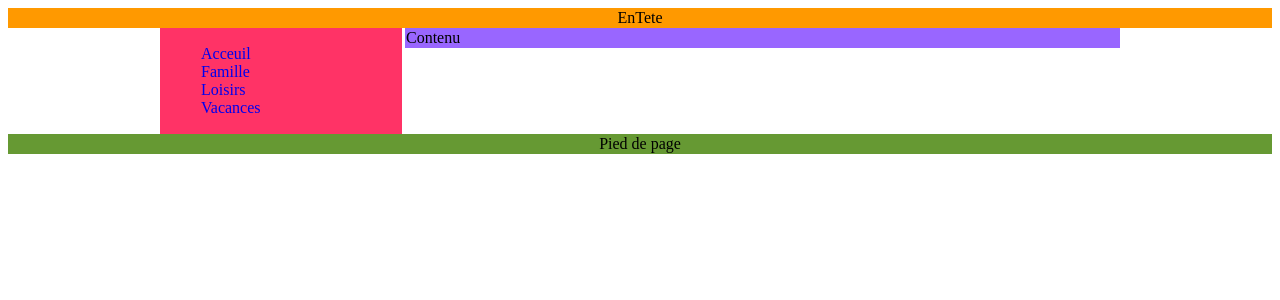
Repository: serviceshuios/Git-Aix-Web
Page: mise-en-page-html-css/WebContent/accueil.html
An editor plug-in stored every save of this project. The page is shown before and after the next save, followed by the edit.
The browser window is 1280 px wide. The pictures show the whole page.

Above is the page before, as saved 2018-10-25 14:56:03.

### mise-en-page-html-css/WebContent/accueil.html
<!DOCTYPE html>
<html>
	<head>
		<meta charset="utf-8"/>
		<title>MISE EN PAGE</title>
		<link rel="stylesheet" href="css/style.css"/>
	</head>
	<body>
		<div id="entete">
			EnTete
		</div>
		<div id="main">
			<div id="menu">
				<ul>
					<li><a href="accueil.html">Acceuil</a></li>
					<li><a href="famille.html">Famille</a></li>
					<li><a href="loisirs.html">Loisirs</a></li>
					<li><a href="vacances.html">Vacances</a></li>
				</ul>
			</div>
			<div id="contenu">
				Contenu
			</div>
		</div>
		<div id="footer">
			Pied de page
		</div>
		<script src="js/script.js"></script>
	</body>
</html>

### mise-en-page-html-css/WebContent/css/style.css
#entete, #menu, #contenu, #footer {
	padding: 1px;
}

#entete {
	background-color: #FF9900;
	text-align: center;
}

#main {
	max-width: 960px;
	margin:auto;
}

#menu {
	float:left;
	width: 240px;
	background-color:#FF3366;
}
#contenu {
	margin-left: 245px;
	background-color:#9966FF;
}
#footer {
	background-color:#669933;
	text-align: center;
	clear:both;
}
li {
	list-style-type: none;
}
li a {
	text-decoration: none;
}

Loaded but not shown: mise-en-page-html-css/WebContent/js/script.js (no stored copy; drawn as an empty file)

After the next save:
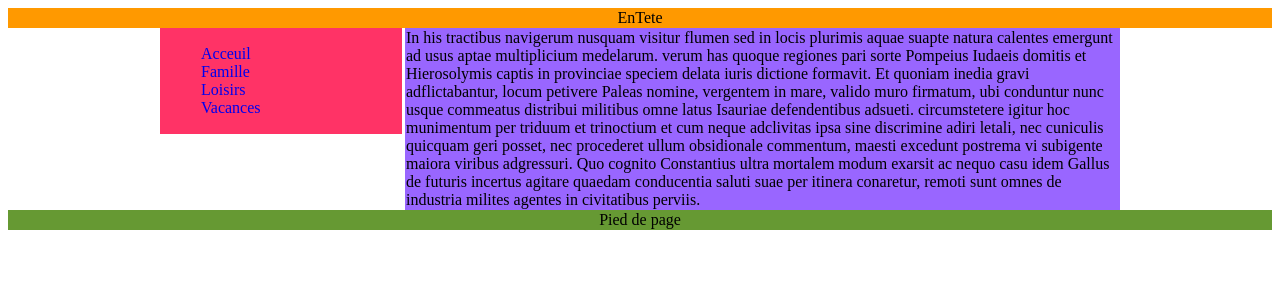
Saved 57 s later.
--- a/mise-en-page-html-css/WebContent/accueil.html
+++ b/mise-en-page-html-css/WebContent/accueil.html
@@ -19,7 +19,14 @@
 				</ul>
 			</div>
 			<div id="contenu">
-				Contenu
+
+
+In his tractibus navigerum nusquam visitur flumen sed in locis plurimis aquae suapte natura calentes emergunt ad usus aptae multiplicium medelarum. verum has quoque regiones pari sorte Pompeius Iudaeis domitis et Hierosolymis captis in provinciae speciem delata iuris dictione formavit.
+
+Et quoniam inedia gravi adflictabantur, locum petivere Paleas nomine, vergentem in mare, valido muro firmatum, ubi conduntur nunc usque commeatus distribui militibus omne latus Isauriae defendentibus adsueti. circumstetere igitur hoc munimentum per triduum et trinoctium et cum neque adclivitas ipsa sine discrimine adiri letali, nec cuniculis quicquam geri posset, nec procederet ullum obsidionale commentum, maesti excedunt postrema vi subigente maiora viribus adgressuri.
+
+Quo cognito Constantius ultra mortalem modum exarsit ac nequo casu idem Gallus de futuris incertus agitare quaedam conducentia saluti suae per itinera conaretur, remoti sunt omnes de industria milites agentes in civitatibus perviis.
+
 			</div>
 		</div>
 		<div id="footer">
